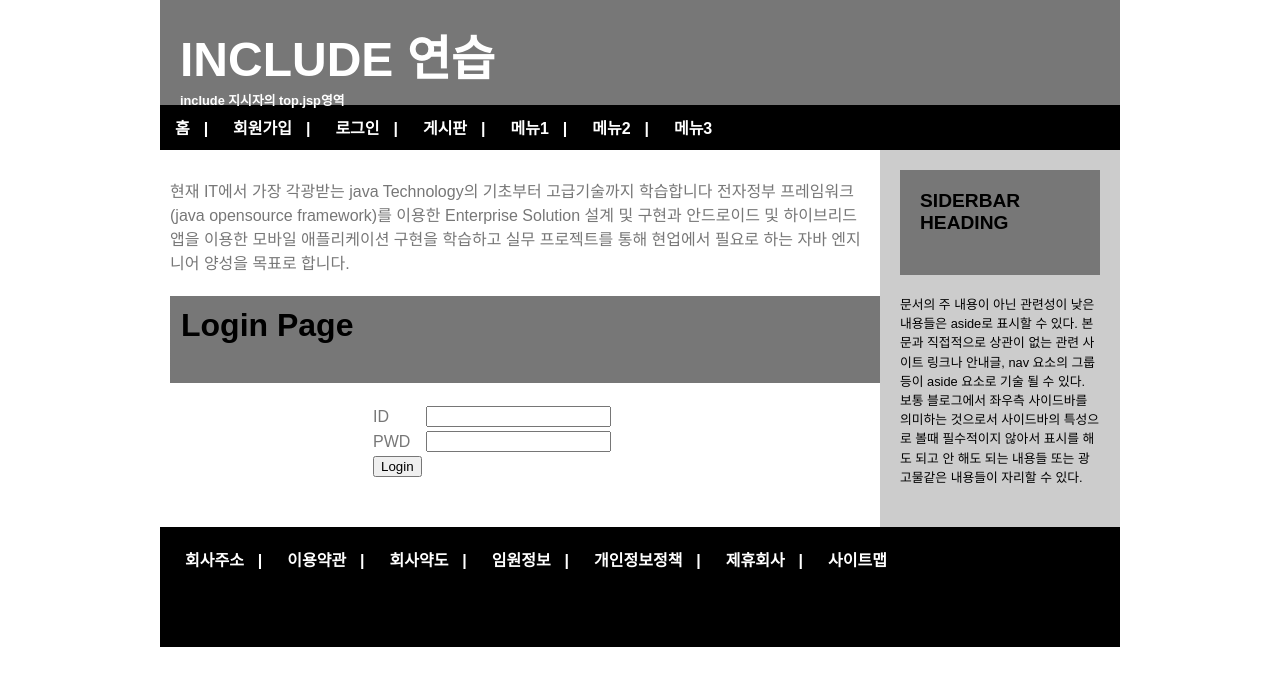
Repository: dev-sean/kosta
Page: http://localhost/jsp_1104/join.jsp
These files come from the project's save history. The page is drawn as it stood at one moment and after the next save; the edit follows.
The browser window is 1280 px wide. The pictures show the whole page.
Some web libraries are served in a nearby version. The page is served by Tomcat 9.

Above is the page before, as saved 2014-11-04 02:32:28.

After the next save:
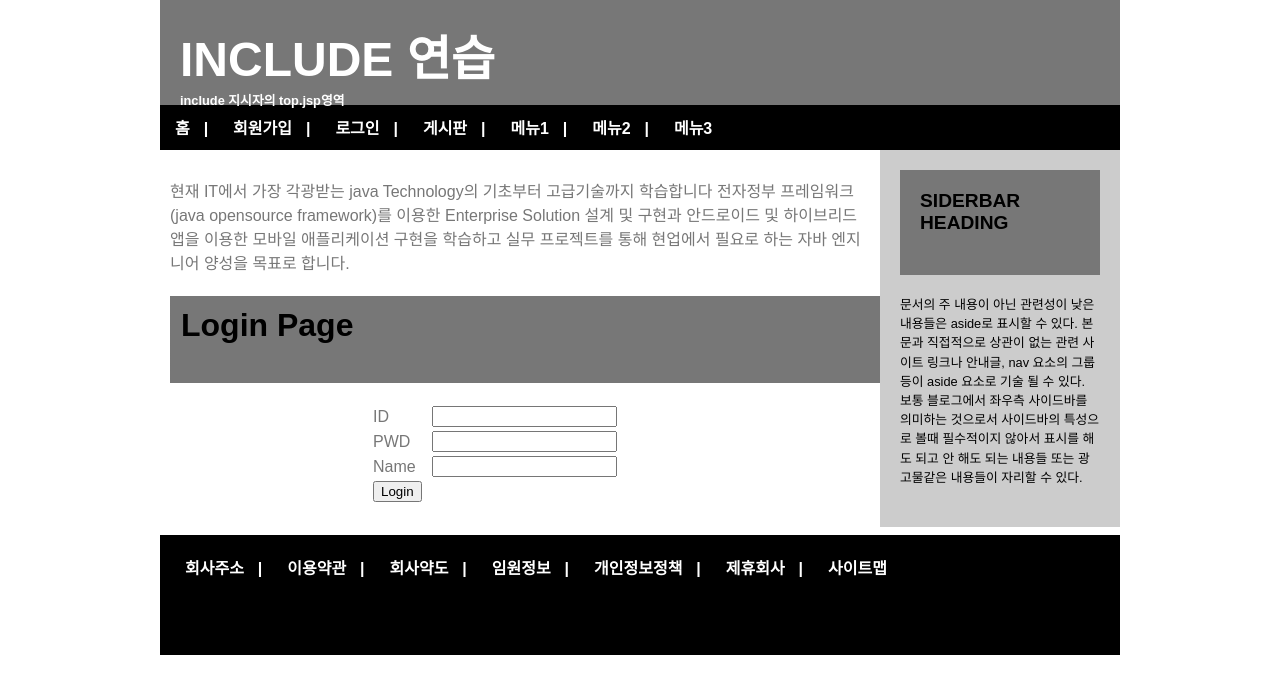
Saved 45 s later.
--- a/jsp/jsp_1104/WebContent/join.jsp
+++ b/jsp/jsp_1104/WebContent/join.jsp
@@ -24,6 +24,10 @@
 						<td><input type="password" name="pwd"></td>
 					</tr>
 					<tr>
+						<td>Name</td>
+						<td><input type="text" name="name"></td>
+					</tr>
+					<tr>
 						<td colspan="2"><input type="submit" value="Login"></td>
 					</tr>
 				</table>
